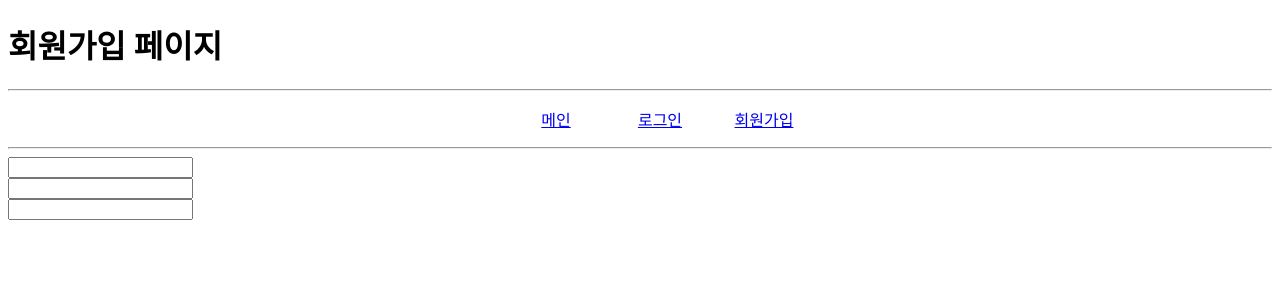
Repository: design-view/jsp-work
Page: http://localhost/cos/join.jsp
An editor plug-in stored every save of this project. The page is shown before and after the next save, followed by the edit.
The browser window is 1280 px wide. The pictures show the whole page.
The page is served by Tomcat 9.

Above is the page before, as saved 2020-08-22 02:48:58.

After the next save:
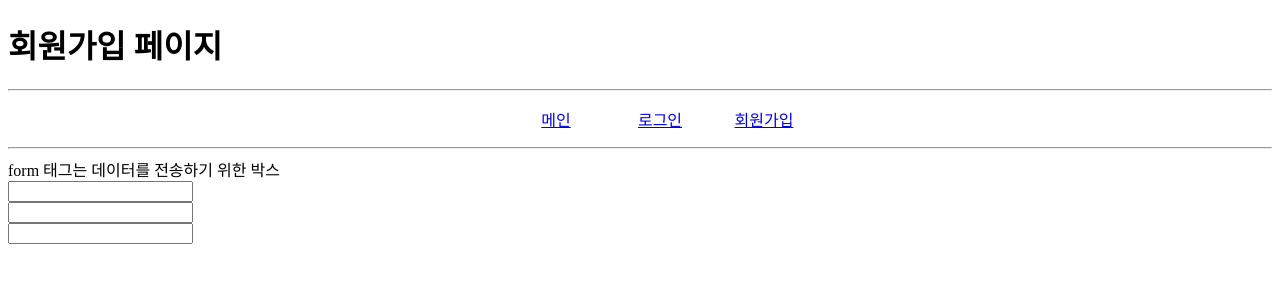
Saved 52 s later.
--- a/cos/WebContent/join.jsp
+++ b/cos/WebContent/join.jsp
@@ -21,9 +21,9 @@
 		<li><a href="join.jsp">회원가입</a></li>
 	</ul>
 	<hr/>
-	<!--  form 태그는 데이터를 전송하기 위한 박스    -->
+	form 태그는 데이터를 전송하기 위한 박스
 	<form>
-		<input type="text" name="username" /><br/>
+		<input type="text" name="username" plasceholder="username" /><br/>
 		<input type="password" name="password" /><br/>
 		<input type="email" name="email" /><br/>
 	</form>
